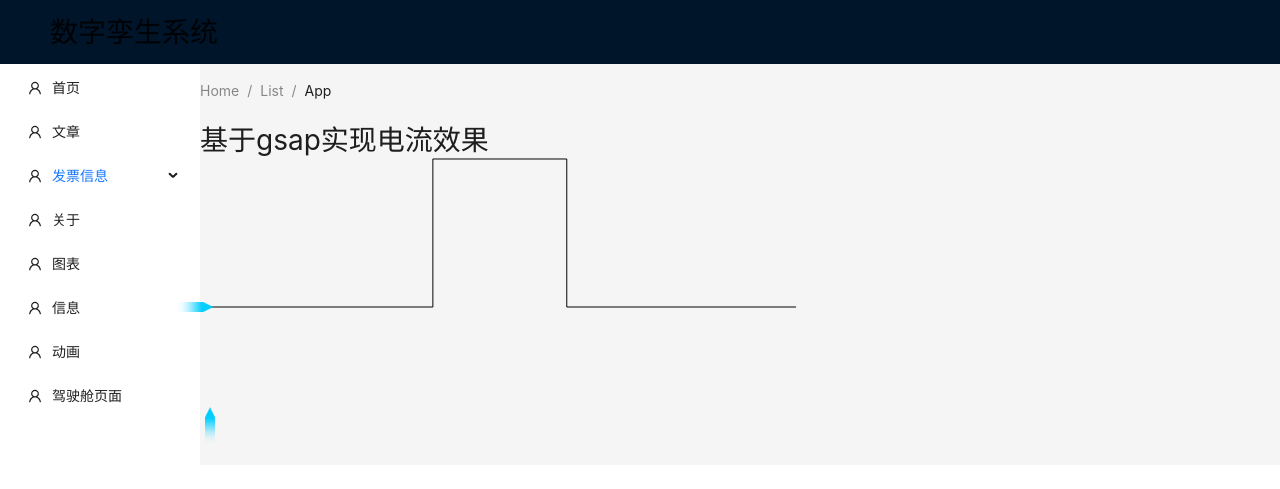
Repository: HailiePan/webpack-react-practice
Page: /animation
These files come from the project's save history. The page is drawn as it stood at one moment and after a run of saves; the edit follows.
The browser window is 1280 px wide. The pictures show the whole page.
The project was rebuilt for these pictures with package versions that can differ from the ones it lists, and the page was loaded fresh each time. Also part of the build but not shown: src/pages/Animation/component/ScrollAnimation/index.jsx, src/pages/Home.jsx, src/pages/Invoices/index.jsx, src/pages/Invoices/Invoice.jsx, src/pages/Invoices/Pending.jsx, src/pages/Invoices/Complete.jsx, src/components/CommonBox/index.less, src/components/CommonBox/index.jsx and 27 more.

Above is the page before, as saved 2024-01-24 15:48:26.

### index.html
<!--
 * Author  hailie.pan
 * Date  2023-10-08 16:03:03
 * LastEditors  hailie.pan
 * LastEditTime  2023-10-08 16:03:04
 * Description  file content
-->
<!--
 * Author  hailie.pan
 * Date  2023-10-07 17:34:05
 * LastEditors  hailie.pan
 * LastEditTime  2023-10-07 17:34:06
 * Description  file content
-->
<!DOCTYPE html>
<html lang="en">
  <head>
    <meta charset="UTF-8" />
    <meta http-equiv="X-UA-Compatible" content="IE=edge" />
    <meta name="viewport" content="width=device-width, initial-scale=1.0" />
    <title>Document</title>
  </head>
  <body>
    <div id="app"></div>
  </body>
</html>

### src/index.jsx
/*
 * Author  hailie.pan
 * Date  2023-10-07 17:16:58
 * LastEditors  hailie.pan
 * LastEditTime  2023-10-24 17:39:40
 * Description  file content
 */
import React, { StrictMode } from "react";
import * as ReactDOM from "react-dom/client";
import { BrowserRouter, useRoutes } from "react-router-dom";
import { routes } from "@/router";
const App = () => {
  return useRoutes(routes);
};
const root = ReactDOM.createRoot(document.getElementById("app"));
// v18 的新方法
root.render(
  <StrictMode>
    <BrowserRouter>
      <App />
    </BrowserRouter>
  </StrictMode>
);

// BrowserRouter下直接渲染useRoutes,routes里配置好路径对应的组件
// 然后就会显示路径对应的组件
// useRoutes(routes)必须在函数里写着

### src/router/index.js
/*
 * @Author: Hailie.Pan
 * @Date: 2023-11-28 10:30:45
 * @LastEditors: Hailie.Pan
 * @LastEditTime: 2024-01-11 10:41:08
 * @Description:
 */
/*
 * Author  hailie.pan
 * Date  2023-10-13 17:13:27
 * LastEditors  hailie.pan
 * LastEditTime  2023-11-28 10:30:45
 * Description  file content
 */
import React from "react";
import { useRoutes } from "react-router-dom";

import BaseLayout from "@/BaseLayout";

import Home from "@/pages/Home";
import Invoices from "@/pages/Invoices";
import Invoice from "@/pages/Invoices/Invoice";
import Pending from "@/pages/Invoices/Pending";
import Complete from "@/pages/Invoices/Complete";
import About from "@/pages/About";
import Article from "@/pages/Article";
import ControlRoomFirstPage from "@/pages/ControlRoomFirstPage";
import Chart from "@/pages/Chart";
import Info from "@/pages/Info";
import Animation from '@/pages/Animation'

const routes = [
  {
    path: "/",
    element: <BaseLayout />,
    name: "一级场景",
    children: [
      { path: "/home", element: <Home />, name: "首页" },
      { path: "/article", element: <Article />, name: "文章" },
      {
        // path: "/invoices",
        // element: <Invoices />,
        name: "发票信息",
        children: [
          {
            path: "/invoices/invoicesDetail/:id",
            element: <Invoice />,
            name: "发票1详情",
          },
          {
            path: "/invoices/pending",
            element: <Pending />,
            name: "发票2详情",
          },
          {
            path: "/invoices/complete",
            element: <Complete />,
            name: "发票3详情",
          },
        ],
      },

      {
        path: "/about",
        element: <About />,
        name: "关于",
      },
      {
        path: "/chart",
        element: <Chart />,
        name: "图表",
      },
      {
        path: "/info",
        element: <Info />,
        name: "信息",
      },
      {
        path: "/animation",
        element: <Animation />,
        name: "动画",
      },
    ],
  },
  {
    path: "/controlRoomFirstPage",
    element: <ControlRoomFirstPage />,
    name: "驾驶舱页面",
  },
];

export { routes };

### src/BaseLayout/index.jsx
/*
 * Author  hailie.pan
 * Date  2023-10-13 17:28:32
 * LastEditors  hailie.pan
 * LastEditTime  2023-12-04 10:37:50
 * Description  file content
 */

import React, {useEffect, useCallback, useState, useMemo } from 'react';
import { LaptopOutlined, NotificationOutlined, UserOutlined } from '@ant-design/icons';
import { Breadcrumb, Layout, Menu, theme } from 'antd';
import { Link, NavLink, useRoutes, Navigate, Outlet } from 'react-router-dom';
import { gsap } from "gsap";
import { ScrollTrigger } from 'gsap/ScrollTrigger.js'
import { routes } from '@/router';
import StateContext from './data.js';
import styles from './index.less';
import ScrollAnimation from '@/pages/Animation/component/ScrollAnimation'
const { Header, Content, Sider } = Layout;

export default function BaseLayout() {
  // console.log("routes", routes);
  const [selectedMenuKeys, setSelectedMenuKeys] = useState([]);

  // useMemo缓存菜单的计算方法，避免每次刷新时都计算一遍
  // 这个菜单的算法还是不太优美，不好维护
  let showMenu = useMemo(
    () =>
      routes
        .map((item, index) => {
          if (item.children) {
            const arr2 = item.children.map((c, cIndex) => {
              return {
                key: cIndex,
                icon: React.createElement(UserOutlined),
                name: c.name,
                label: (
                  <NavLink to={c.path} state={'From App'}>
                    {c.name}
                  </NavLink>
                ),
                children: c?.children?.map((t, tIndex) => ({
                  key: `${cIndex}-${tIndex}`,
                  icon: React.createElement(UserOutlined),
                  name: t.name,
                  label: <NavLink to={t.path}>{t.name}</NavLink>
                }))
              };
            });
            return arr2;
          } else {
            return {
              key: 'dandu' + index,
              icon: React.createElement(UserOutlined),
              name: item.name,
              label: (
                <NavLink to={item.path} state={'From App'}>
                  {item.name}
                </NavLink>
              )
            };
          }
        })
        .flat(), // arr2是个数组，放到showMenu数组里需要拉平
    []
  );
  showMenu.flat();
  // console.log("showMenu", showMenu);

  const menuArr = [
    {
      key: 0,
      icon: React.createElement(UserOutlined),
      label: (
        <NavLink to="/home" state={'From App'}>
          首页
        </NavLink>
      )
    },

    {
      key: 1,
      icon: React.createElement(LaptopOutlined),
      label: <NavLink to="invoices">发票信息</NavLink>,
      children: [
        {
          key: '1-0',
          label: <NavLink to="/invoices/invoicesDetail/1?a=a&b=b">发票1详情页</NavLink>
        },
        {
          key: '1-1',
          label: <NavLink to="/invoices/pending?fromPage=菜单点击">发票2详情页</NavLink>
        },
        {
          key: '1-2',
          label: (
            <NavLink to="/invoices/complete" state={'左侧菜单点击'}>
              发票3详情页
            </NavLink>
          )
        }
      ]
    },
    {
      key: 2,
      icon: React.createElement(NotificationOutlined),
      label: <NavLink to="about">关于</NavLink>
    },
    {
      key: 3,
      icon: React.createElement(NotificationOutlined),
      label: <NavLink to="controlRoomFirstPage">驾驶舱页面</NavLink>
    },
    {
      key: 4,
      icon: React.createElement(LaptopOutlined),
      label: <NavLink to="article">文章</NavLink>
    }
  ];

  const onSelectMenu = ({ item, key, keyPath, selectedKeys, domEvent }) => {
    setSelectedMenuKeys([key]);
  };

  const [state, setState] = useState('playing');

  // useEffect(()=>{
  //   gsap.registerPlugin(ScrollTrigger)
  //     // 绿色方块
  //     gsap.to("#ewrwer", {
  //       rotation: 900,
  //       x:400,
  //       duration: 1,
  //       scrollTrigger: {
  //         trigger: '#ewrwer', // 动画的元素
  //         scroller: document.getElementById('21321'), // 滚动的元素
  //         scrub: 2,
  //         markers: true,
  //       },

  //     });
  // },[])

  return (
    <Layout className={styles.layoutWrap}>
{/*
      <div className={styles.box} id='21321'>
        <div className={styles.green} id='ewrwer'></div>
        <div style={{height:'1000px'}} />
      </div> */}

      {/* <ScrollAnimation /> */}


      <Header className={styles.header}>
        <div className={styles.logo} />

        <h1>数字孪生系统</h1>
      </Header>

      <Layout>
        <Sider className={styles.sider}>
          <Menu
            mode="inline"
            // defaultSelectedKeys={["0"]}
            // defaultOpenKeys={["sub1"]}
            style={{
              height: '100%',
              borderRight: 0
            }}
            items={showMenu}
            selectedKeys={selectedMenuKeys}
            onSelect={onSelectMenu}
          />
        </Sider>

        <Layout className={styles.rightLayout}>
          <Breadcrumb
            style={{
              margin: '16px 0'
            }}
          >
            <Breadcrumb.Item>Home</Breadcrumb.Item>
            <Breadcrumb.Item>List</Breadcrumb.Item>
            <Breadcrumb.Item>App</Breadcrumb.Item>
          </Breadcrumb>

          <StateContext.Provider value={{ state, setState }}>
            <Content className={styles.content} id='content'>
              <Outlet />
            </Content>
          </StateContext.Provider>
        </Layout>
      </Layout>
    </Layout>
  );
}

### src/pages/Animation/index.jsx
/*
 * @Author: Hailie.Pan
 * @Date: 2024-01-11 10:41:16
 * @LastEditors: Hailie.Pan
 * @LastEditTime: 2024-01-24 15:25:22
 * @Description:
 */
import React, { useRef, useEffect, useState } from 'react';
import { gsap } from 'gsap';
import { ScrollTrigger } from 'gsap/ScrollTrigger.js';
import MoveBox from './component/MoveBox';
import MoveOnPath from './component/MoveOnPath';
import CanvasDraw from './component/CanvasDraw';
import TimeLine from './component/TimeLine';
import ScrollAnimation from './component/ScrollAnimation';
import ScrollAnimation2 from './component/ScrollAnimation2';
import ImitateElectricity from './component/ImitateElectricity';
import DraggableCom from './component/DraggableCom';
import styles from './index.module.less';

export default function Animation() {
  let obj = { myNum: 10, myColor: 'red' };

  useEffect(() => {
    // stagger 依次执行动画
    // gsap.to([boxRef.current, boxRef2.current, boxRef3.current], {
    //   rotation: 360,
    //   stagger:1,
    //   duration:2
    // });

    gsap.to(obj, {
      myNum: 200,
      myColor: 'blue',
      onUpdate: () => {
        console.log('onUpdate', obj.myColor);
      },
      onComplete: () => console.log('onComplete', obj.myNum, obj.myColor)
    });
  }, []);

  return (
    <div className={styles.wrap}>
      {/* <MoveBox /> */}

      {/* 在canvas中驱动元素绘制 */}
      {/* <CanvasDraw /> */}

      {/* 时间线动画 stagger依次错开 */}
      {/* <TimeLine /> */}

      {/* 元素沿SVG路径移动 */}
      {/* <MoveOnPath /> */}

      {/* 把canvas的效果和gsap的效果放在一起对比 */}
      {/* 模拟电流效果 */}
      <ImitateElectricity />

      {/* 滚动动画 */}
      {/* <ScrollAnimation /> */}

      {/* 滚动动画 */}
      {/* <ScrollAnimation2 /> */}

      {/* 可拖拽 */}
      {/* <DraggableCom /> */}
    </div>
  );
}

### src/BaseLayout/data.js
/*
 * Author  hailie.pan
 * Date  2023-11-28 10:20:25
 * LastEditors  hailie.pan
 * LastEditTime  2023-11-28 10:26:27
 * Description  file content
 */
import { createContext } from "react";

const StateContext = createContext({});

export default StateContext;

### src/BaseLayout/index.less
body {
  margin: 0;
  // height: 200vh;
}


.layoutWrap {
  height: 100vh;
  overflow-y: auto;
}

.box{
  height: 200px;
  overflow-y: auto;
  // border: 1px solid rgb(239, 200, 151);
}
.green{
  width: 50px;
  height: 50px;
  background-color: green;
  border-radius: 4px;
  margin: 0 auto;
  position: fixed;
  top: 50%;
  left: 50%;
}
.header {
  display: flex;
  align-items: center;

  .logo {
    width: 100px;
    height: 40px;
    background: rgba(255, 255, 255, 0.5);
    margin-right: 20px;
  }
  h1 {
    color: #fff;
    padding: 0;
    margin: 0;
  }
}
@colorBgContainer: #fff;
.sider {
  width: 200;
  background: @colorBgContainer;
}
.rightLayout {
  padding: 0 24px 24px;
}

.content {
  padding: 24px;
  margin: 0;
  min-height: 280px;
  background: @colorBgContainer;
  // border: 1px solid green; // 高度没有被页面的高度撑开
  // height: auto;
  overflow-y: scroll;
}

### src/pages/home.less
@color: rgb(248, 157, 39);

@font-face {
  font-family: "DIN";
  src: url("@/assets/fonts/庞门正道标题体2.0增强版.ttf");
  font-style: normal;
  font-weight: normal;
}
.wrapper {
  font-weight: 700;
  color: #333;

  ul {
    color: @color;
    // list-style-type: none;
  }
  .fontStyle {
    font-family: "DIN";
  }

  .box {
    height: 500px;
    margin-top: 20px;
    display: flex;
    .item {
      flex-shrink: 1; //属性定义了项目的缩小比例，默认为1，即如果空间不足，该项目将缩小
      flex-grow: 1; // 定义项目的放大比例，默认为0，即如果存在剩余空间，也不放大
      width: 300px;
      background-color: #fce09e;
      border: 1px solid rgb(255, 162, 0);
    }
  }
  .showImg {
    display: flex;
    img {
      width: 100px;
      height: 100px;
      margin-top: 10px;
      display: block;
    }
  }
}

### src/pages/Animation/component/ImitateElectricity/index.jsx
/*
 * @Author: Hailie.Pan
 * @Date: 2024-01-16 22:18:53
 * @LastEditors: Hailie.Pan
 * @LastEditTime: 2024-01-24 15:48:12
 * @Description:
 */
import React, { useEffect, useRef } from 'react';
import { gsap } from 'gsap';
import { MotionPathPlugin, MotionPathHelper } from 'gsap/all';
import styles from './index.module.less';

export default function ImitateElectricity() {
  const jiantou = useRef();
  const jiantou2 = useRef();

  useEffect(() => {
    // 注册插件
    gsap.registerPlugin(MotionPathPlugin);

    const tl = gsap.timeline({ paused: true });

    gsap.set([jiantou.current, jiantou2.current], { scale: 0.5, autoAlpha: 1 });

    tl.to([jiantou.current], {
      duration: 8,
      ease: 'none',
      immediateRender: true,
      repeat: -1, // 重复
      stagger: 2, // 间隔时间
      motionPath: {
        path: '#xianlu', // 路径
        align: '#xianlu', // 对齐到路径
        alignOrigin: [0.5, 0.5], // 对齐原点
        autoRotate: 90, // 沿路径方向旋转角度
        offsetX: -10
        // offsetY: 0,
      }
    });
    // gsap.registerPlugin(MotionPathPlugin, MotionPathHelper)
  }, []);

  const handleClickMove = () => {
    tl.play();
  };

  const handleClickSuspend = () => tl.pause();

  return (
    <div>
      <h1>基于gsap实现电流效果</h1>
      {/* svg路径必须是path */}
      <svg class={styles.motionPath} viewBox="0 0 600 152">
        <path fill="none" stroke="#000" d="m0,151h231.97V1h135.69v150h232.35" />
        <path
          id="xianlu"
          fill="none"
          stroke="none"
          d="m0,151h225.12c3.78,0,6.85-3.06,6.85-6.85V8.04c0-3.89,3.15-7.04,7.04-7.04h121.97c3.69,0,6.68,2.99,6.68,6.68v136.63c0,3.69,3,6.69,6.69,6.69h225.66"
        />
      </svg>

      <div className={styles.jiantou} ref={jiantou}></div>
      <div className={styles.jiantou} ref={jiantou2}></div>
    </div>
  );
}

### src/pages/Animation/component/ScrollAnimation/index.module.less

.wrap{
  border:1px solid red;
  height: 600px;
  background-color: #111;
  color: white;
  // overflow-x: hidden;
  overflow-y: scroll;
}
h1, h2 {
  margin: 0;
  font-weight: 400;
  max-width: none;
}
.headerSection{
  height: 400px;
  line-height: 400px;
  border: 1px solid rgb(255, 140, 0);
}

.comparisonSection {
  position: relative;
  padding-bottom: 56.25%; /* to maintain aspect ratio (responsive!) */
  border: 1px solid yellow;

  .comparisonImage {
    width: 100%;
    height: 100%;

    img {
      width: 100%;
      height: 100%;
      position: absolute;
      top: 0;
    }
  }

  .afterImage {
    position: absolute;
    overflow: hidden;
    top: 0;
    transform: translate(100%, 0px);
    img {
      transform: translate(-100%, 0px);
    }
  }
}

### src/pages/Animation/component/ImitateElectricity/index.module.less
.motionPath {
  overflow: visible;
  width: 600px;
  height: 150px;
}

.jiantou {
  width: 20px;
  height: 77px;
  background: url('./assets/jiantou2.png');
}

After the next 2 saves:
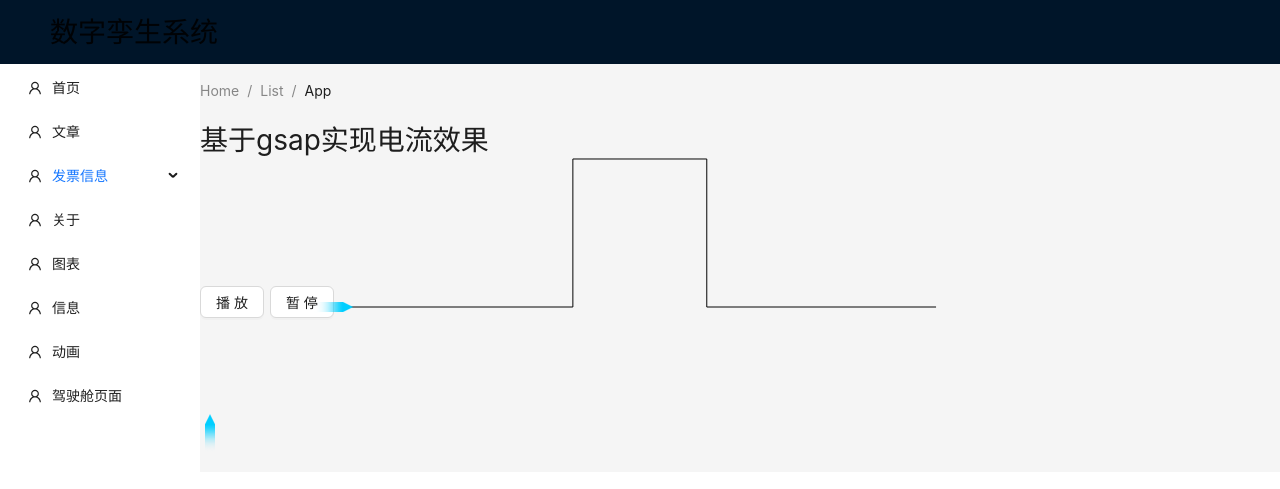
The 2 saves are shown as one change because 1 did not build or start.
The last was saved 25 s later.
--- a/src/pages/Animation/component/ImitateElectricity/index.jsx
+++ b/src/pages/Animation/component/ImitateElectricity/index.jsx
@@ -8,6 +8,7 @@
 import React, { useEffect, useRef } from 'react';
 import { gsap } from 'gsap';
 import { MotionPathPlugin, MotionPathHelper } from 'gsap/all';
+import { Button } from 'antd';
 import styles from './index.module.less';
 
 export default function ImitateElectricity() {
@@ -49,6 +50,10 @@ export default function ImitateElectricity() {
   return (
     <div>
       <h1>基于gsap实现电流效果</h1>
+      <Button onClick={() => handleClickMove()}>播放</Button>
+      <Button onClick={() => handleClickSuspend()} style={{ margin: '0 6px' }}>
+        暂停
+      </Button>
       {/* svg路径必须是path */}
       <svg class={styles.motionPath} viewBox="0 0 600 152">
         <path fill="none" stroke="#000" d="m0,151h231.97V1h135.69v150h232.35" />
